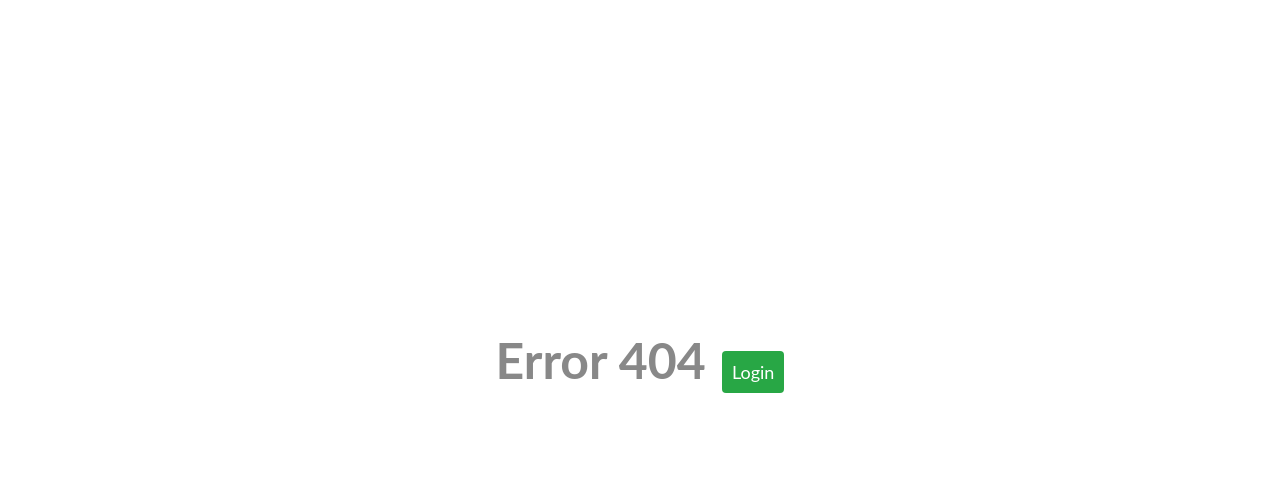
Repository: SavalaramRedkar/SupermarketManagementSystem-Java
Page: http://localhost/Supermarket_Management_System/error.jsp
The author's editor kept a copy of each file at every save. The page is drawn from the files as they stood at one save, then again after the next save.
The browser window is 1280 px wide. The pictures show the whole page.
The page is served by Tomcat 9.

Above is the page before, as saved 2021-03-14 15:21:51.

After the next save:
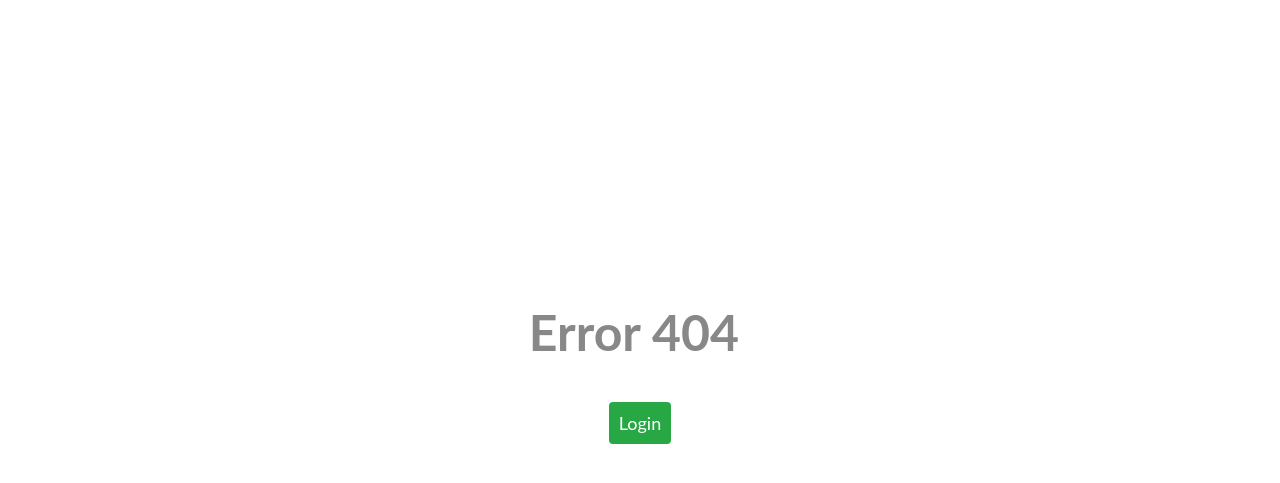
Saved 17 s later.
--- a/Supermarket Management System/WebContent/error.jsp
+++ b/Supermarket Management System/WebContent/error.jsp
@@ -64,7 +64,7 @@ body {
 	<div id="main">
 		<div class="fof">
 			<h1>Error 404</h1>
-					<a class="login" href="login.jsp">Login</a>
+					<p><a class="login" href="login.jsp">Login</a></p>
 
 		</div>
 	</div>
